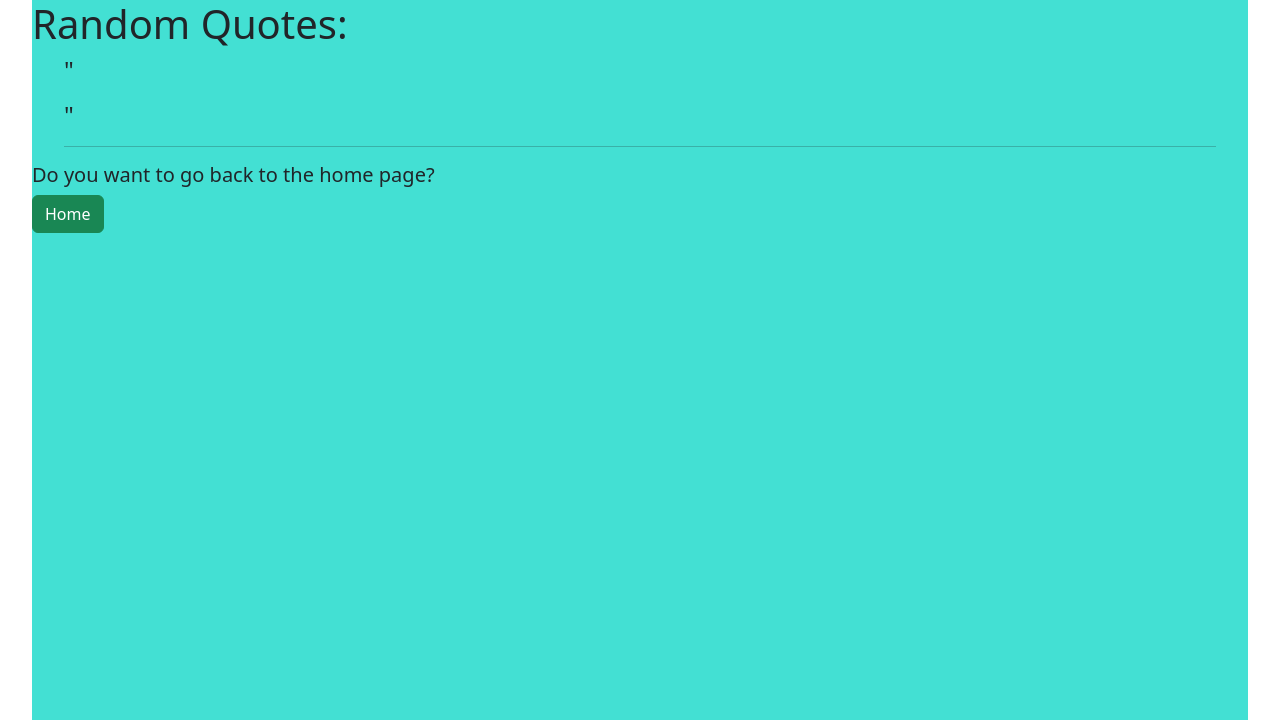
Repository: collegedude9300/zenstationnext
Page: /Quotes
These files come from the project's save history. The page is drawn as it stood at one moment and after the next save; the edit follows.
The browser window is 1280 px wide. The pictures show the whole page.
The page's requests for data from a server got no answer. The project was rebuilt for these pictures with package versions that can differ from the ones it lists, and the page was loaded fresh each time. The framework's server and built-in components were replaced by stand-ins that run in the browser. No one was signed in, and anything a server would have sent is missing. Also part of the build but not shown: next.config.js.

Above is the page before, as saved 2023-04-12 09:13:20.

### pages/Quotes.js
import Head from 'next/head'
import Image from 'next/image'
import styles from '../styles/Home.module.css'
import 'bootstrap/dist/css/bootstrap.css'
import Link from 'next/link'
export default function Quotes()
{
  {
    const api_url ="https://zenquotes.io/api/random/7d8df7dcfa04b16cee2fd5c471f78ce7";
    async function getNewQuote(url)
    {
      const response = await fetch(url);
      var data = await response.json();
      console.log(data);
      document.getElementById("quote").innerHTML = data[0].q;
      document.getElementById("author").innerHTML = data[0].a;
    }
    getNewQuote(api_url);
return (
    <div className={styles.container}>
      <Head>
        <title>Quotes</title>
        <meta name="description" content="Generated by create next app" />
        <link rel="icon" href="/favicon.ico" />
      </Head>
      <main className={styles.pages}>
      <h1> Random Quotes: </h1>
        <div className={styles.container}>
            <h4>
            <p> &quot;</p>
            <div className="quote" id="quote"></div>
            <p> &quot;</p>
            </h4>
            <h5><p className="author" id="author"></p> </h5>
            <hr/>
        </div>
<div/>
<h5>Do you want to go back to the home page?</h5>
        <Link href="/">
        <a className="btn btn-success">Home</a>
        </Link>
</main>
</div>
)}}

### styles/Home.module.css
.container {
  padding: 0 2rem;
}
.pages{
  background-color: #43e0d3;
  min-height: 100vh;
}
.errorMessage {

  color: red;
  font-size: 20px ;

}
.quote {
  font-size: 35px;
  color: rgb(243, 14, 7);
}
.successMessage {

  color: green;
  font-size: 30px;
  display:none;
  margin-bottom:20px;
}

.main {
  min-height: 100vh;
  padding: 4rem 0;
  flex: 1;
  display: flex;
  flex-direction: column;
  justify-content: center;
  align-items: center;
}
.aboutBio {

  margin: 0;
  line-height: 1.15;
  font-size: 4rem;
  text-align: center;
}
.footer {
  display: flex;
  flex: 1;
  padding: 2rem 0;
  border-top: 1px solid #eaeaea;
  justify-content: center;
  align-items: center;
}

.footer a {
  display: flex;
  justify-content: center;
  align-items: center;
  flex-grow: 1;
}

.title a {
  color: #0070f3;
  text-decoration: none;
}

.title a:hover,
.title a:focus,
.title a:active {
  text-decoration: underline;
}

.title {
  margin: 0;
  line-height: 1.15;
  font-size: 4rem;
}

.title,
.description {
  text-align: center;
}

.description {
  margin: 4rem 0;
  line-height: 1.5;
  font-size: 1.5rem;
}

.code {
  background: #fafafa;
  border-radius: 5px;
  padding: 0.75rem;
  font-size: 1.1rem;
  font-family: Menlo, Monaco, Lucida Console, Liberation Mono, DejaVu Sans Mono,
    Bitstream Vera Sans Mono, Courier New, monospace;
}

.grid {
  display: flex;
  align-items: center;
  justify-content: center;
  flex-wrap: wrap;
  max-width: 800px;
}

.card {
  margin: 1rem;
  padding: 1.5rem;
  text-align: left;
  color: inherit;
  text-decoration: none;
  border: 1px solid #eaeaea;
  border-radius: 10px;
  transition: color 0.15s ease, border-color 0.15s ease;
  max-width: 300px;
}

.card:hover,
.card:focus,
.card:active {
  color: #0070f3;
  border-color: #0070f3;
}

.card h2 {
  margin: 0 0 1rem 0;
  font-size: 1.5rem;
}

.card p {
  margin: 0;
  font-size: 1.25rem;
  line-height: 1.5;
}

.logo {
  height: 1em;
  margin-left: 0.5rem;
}

@media (max-width: 600px) {
  .grid {
    width: 100%;
    flex-direction: column;
  }
}

@media (prefers-color-scheme: dark) {
  .card,
  .footer {
    border-color: #222;
  }
  .code {
    background: #111;
  }
  .logo img {
    filter: invert(1);
  }
}

Loaded but not shown: pages/_app.js (common file); styles/globals.css (common file)

After the next save:
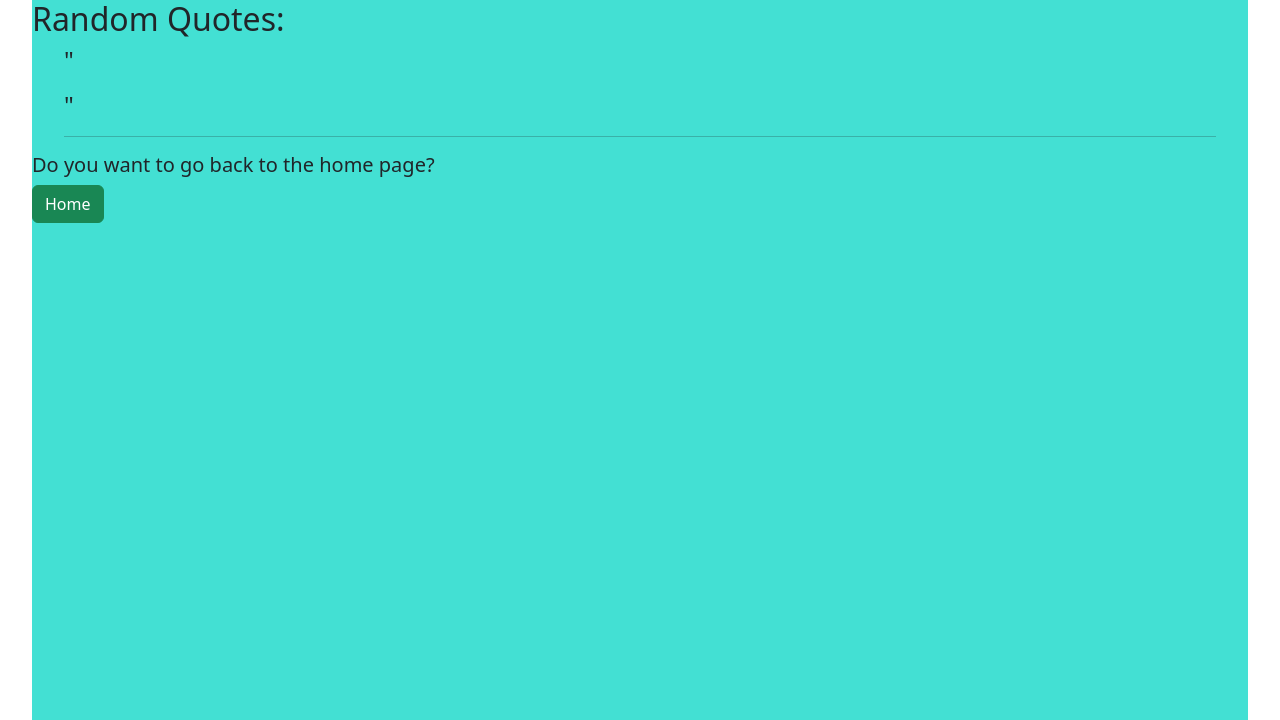
Saved 4 h 17 min later.
--- a/pages/Quotes.js
+++ b/pages/Quotes.js
@@ -24,7 +24,7 @@ return (
         <link rel="icon" href="/favicon.ico" />
       </Head>
       <main className={styles.pages}>
-      <h1> Random Quotes: </h1>
+      <h2> Random Quotes: </h2>
         <div className={styles.container}>
             <h4>
             <p> &quot;</p>
